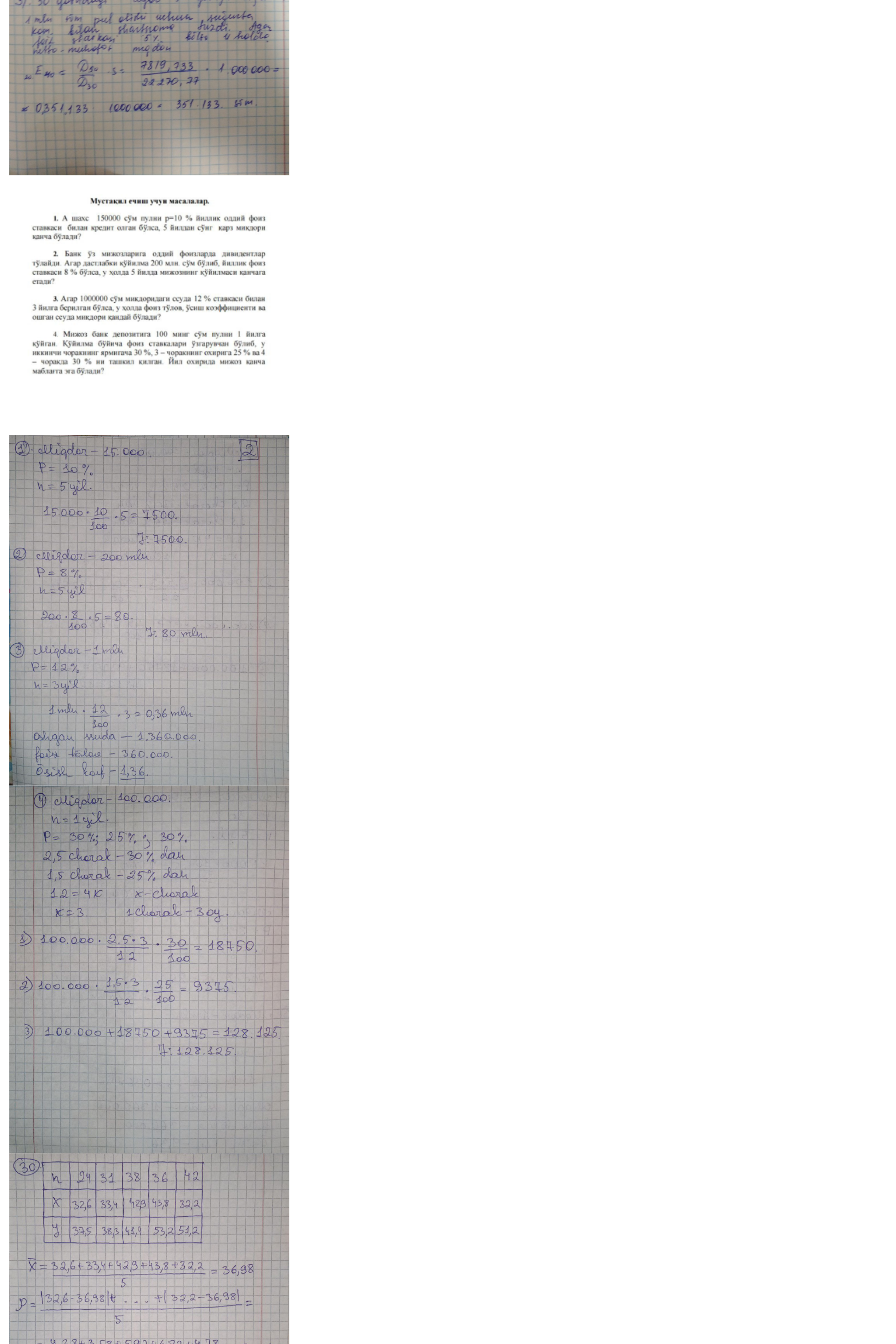
Repository: Ikromkhurozov/exam-inst
Page: index.html
These files come from the project's save history. The page is drawn as it stood at one moment and after a run of saves; the edit follows.
The browser window is 1280 px wide. The pictures show the part of the page from y = 3079 to 4999 px (the page is 8610 px tall before and 8336 px after), at 70% of full size.

Above is the page before, as saved 2023-05-26 09:57:23.

### index.html
<!DOCTYPE html>
<html lang="en">
<head>
  <meta charset="UTF-8">
  <meta http-equiv="X-UA-Compatible" content="IE=edge">
  <meta name="viewport" content="width=device-width, initial-scale=1.0">
  <title>Document</title>

  <style>

    body{
      display: flex;
      flex-direction: column;
      padding: 5px;
    }

    img{
      width: 400px;
      height: auto;
    }

  </style>
</head>
<body>

  <img src="/p1.jpg" alt="p1">
  <img src="/p4.jpg" alt="p4">
  <img src="/p2.jpg" alt="p2">
  <img src="/p3.jpg" alt="p3">

  <hr>

  <img src="/a.jpg" alt="p1">
  <img src="/b.jpg" alt="p4">
  <img src="/c.jpg" alt="p2">
  <img src="/4.jpg" alt="p3">
  <img src="/5.jpg" alt="p4">
  <img src="/6.jpg" alt="p2">
  <img src="/7.jpg" alt="p3">
  <img src="/8.jpg" alt="p3">

  <br>
  <br>
  <br>

  <img src="/1.jpg" alt="p1">
  <img src="/2.jpg" alt="p4">
  <img src="/3.jpg" alt="p2">
  <img src="/4.jpg" alt="p3">
  <img src="/5.jpg" alt="p4">
  <img src="/6.jpg" alt="p2">
  <img src="/7.jpg" alt="p3">
  <img src="/8.jpg" alt="p3">



  <script src="./script.js"></script>

</body>
</html>

### script.js

let a = {
  name: "77"
};

let b = a;

b.name = "99";

console.log("a", a);
console.log("b", b);

After the next 2 saves:
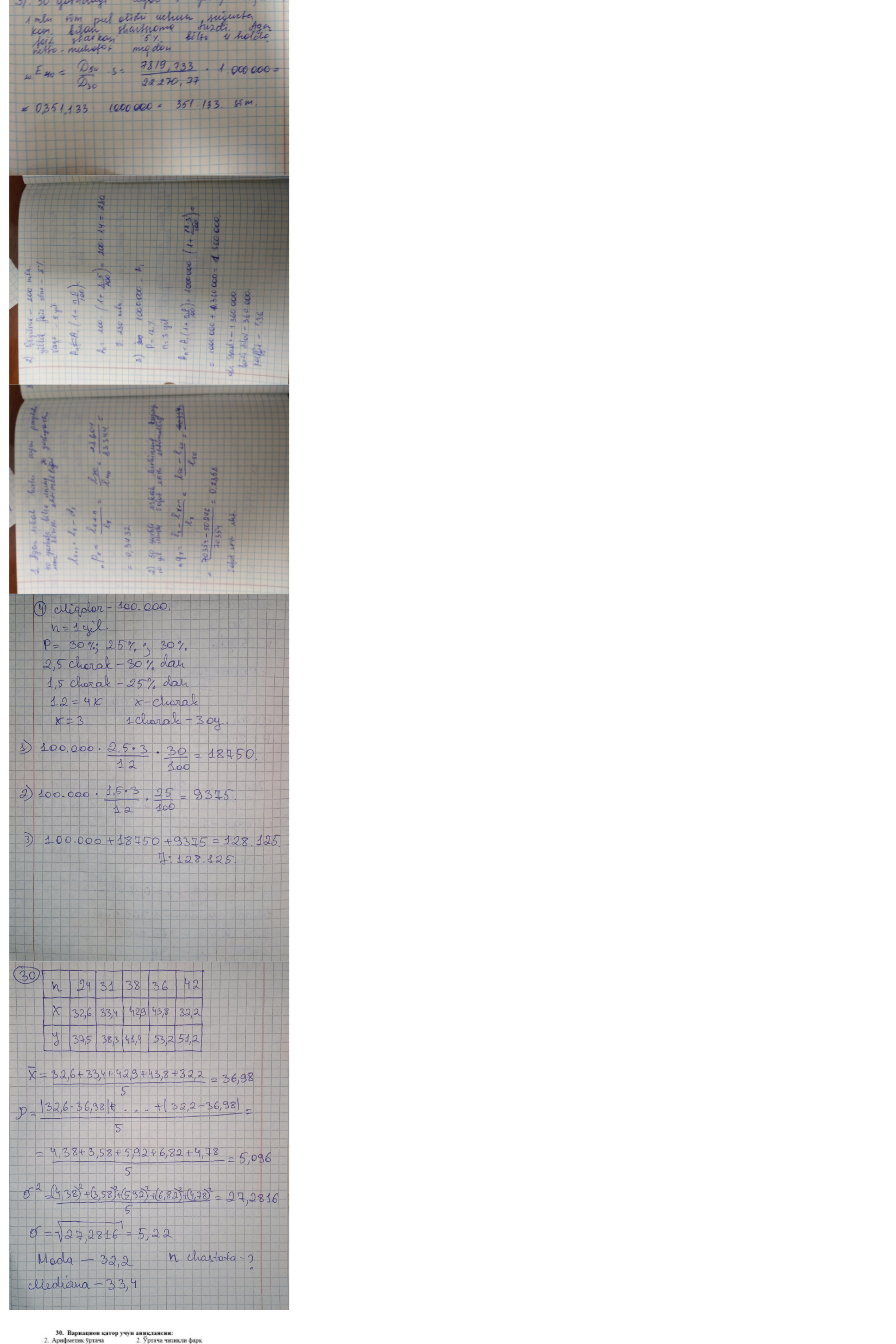
The 2 saves are shown as one change because they came seconds apart.
The last was saved 8 s later.
--- a/index.html
+++ b/index.html
@@ -33,8 +33,8 @@
   <img src="/a.jpg" alt="p1">
   <img src="/b.jpg" alt="p4">
   <img src="/c.jpg" alt="p2">
-  <img src="/4.jpg" alt="p3">
-  <img src="/5.jpg" alt="p4">
+  <img src="/d.jpg" alt="p3">
+  <img src="/e.jpg" alt="p4">
   <img src="/6.jpg" alt="p2">
   <img src="/7.jpg" alt="p3">
   <img src="/8.jpg" alt="p3">
